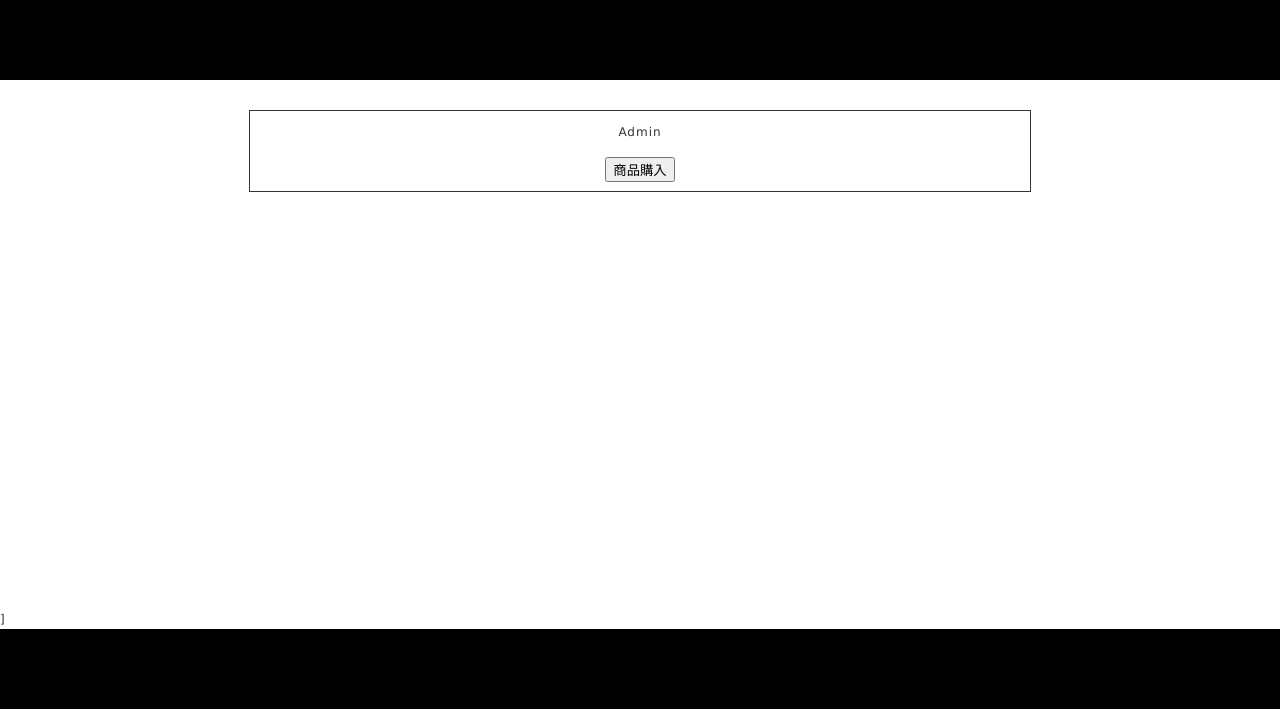
Repository: user-yo-yo/test
Page: http://localhost/ecsite/admin.jsp
The author's editor kept a copy of each file at every save. The page is drawn from the files as they stood at one save, then again after the next save.
The browser window is 1280 px wide. The pictures show the whole page.
The page is served by Tomcat 9. Other server files are loaded and not shown.

Above is the page before, as saved 2019-03-11 06:46:47.

### ecsite/WebContent/admin.jsp
<%@ page language="java" contentType="text/html; charset=UTF-8"
    pageEncoding="UTF-8"%>
<%@ taglib prefix="s" uri="/struts-tags"%>
<!DOCTYPE html>
<html>
<head>
<meta http-equiv="Content-Type" content="text/html; charset=UTF-8" />
<meta http-equiv="Content-Style-Type" content="text/css" />
<meta http-equiv="Content-Script-Type" content="text/javascript" />
<meta http-equiv="imagetoolbar" content="no" />
<meta name="description" content="" />
<meta name="keywords" content="" />
<title>Home画面</title>

<style type="text/css">
/* ========TAG LAYOUT======== */
body{
	margin:0;
	padding:0;
	line-height:1.6;
	letter-spacing:1px;
	font-family:Verdana,Helvetica,sans-serif;
	font-size:12px;
	color:#333;
	background:#fff;
}

table{
	text-align:center;
	margin:0 auto;
}

/* ========ID LAYOUT======== */
#top{
	width:780px;
	margin:30px auto;
	border:1px solid #333;
}

#header{
	width:100%;
	height:80px;
	background-color:black;
}

#main{
	width:100%;
	height:500px;
	text-align:center;
}

#footer{
	width:100%;
	height:80px;
	background-color:black;
	clear:both;
}

#text-center{
	display:inline-block;
	text-align:center;
}

</style>

</head>
<body>
	<div id="header">
		<div id="pr">
		</div>
	</div>
	<div id="main">
		<div id="top">
			<p>Admin</p>
			<div id="text-center">
			<s:form action="HomeAction">
				<s:submit value="商品購入" />
			</s:form>
			</div>
		</div>
	</div>]
	<div id="footer">
		<div id="pr">
		</div>
	</div>

</body>
</html>

After the next save:
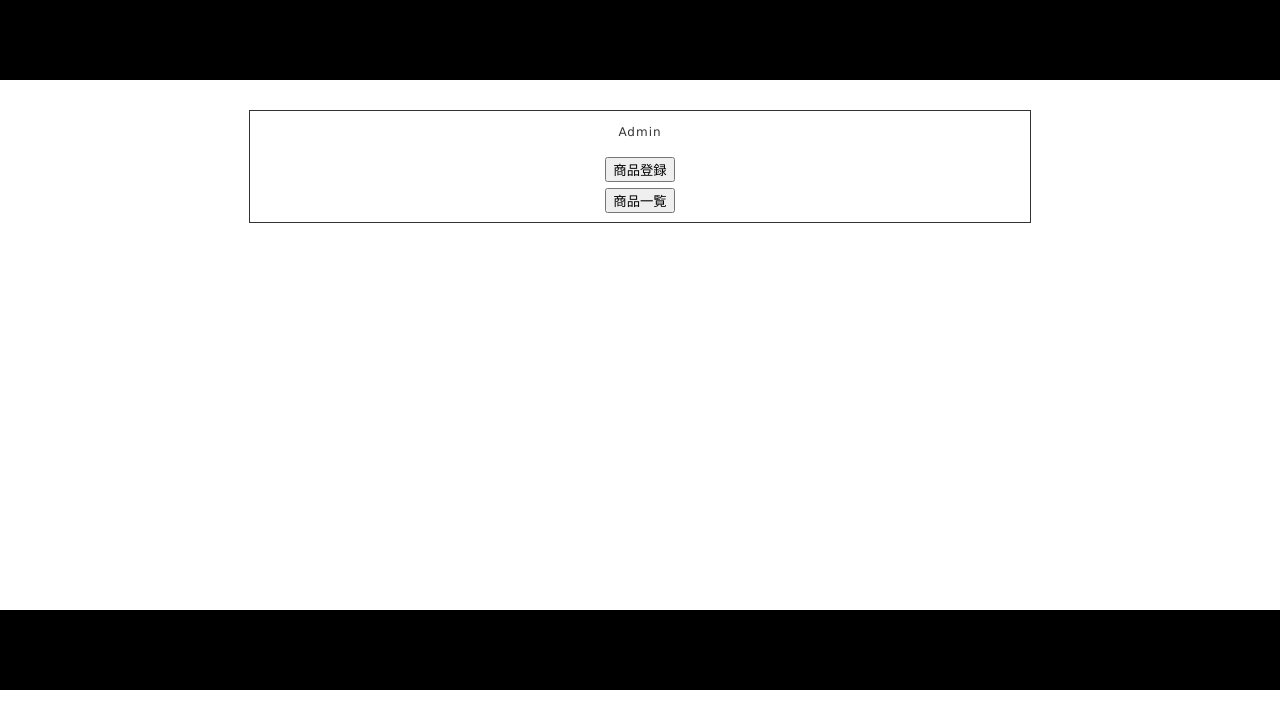
Saved 82 s later.
--- a/ecsite/WebContent/admin.jsp
+++ b/ecsite/WebContent/admin.jsp
@@ -73,12 +73,15 @@ table{
 		<div id="top">
 			<p>Admin</p>
 			<div id="text-center">
-			<s:form action="HomeAction">
-				<s:submit value="商品購入" />
+			<s:form action="ItemCreateAction">
+				<s:submit value="商品登録" />
+			</s:form>
+			<s:form action="ItemListAction">
+				<s:submit value="商品一覧" />
 			</s:form>
 			</div>
 		</div>
-	</div>]
+	</div>
 	<div id="footer">
 		<div id="pr">
 		</div>
